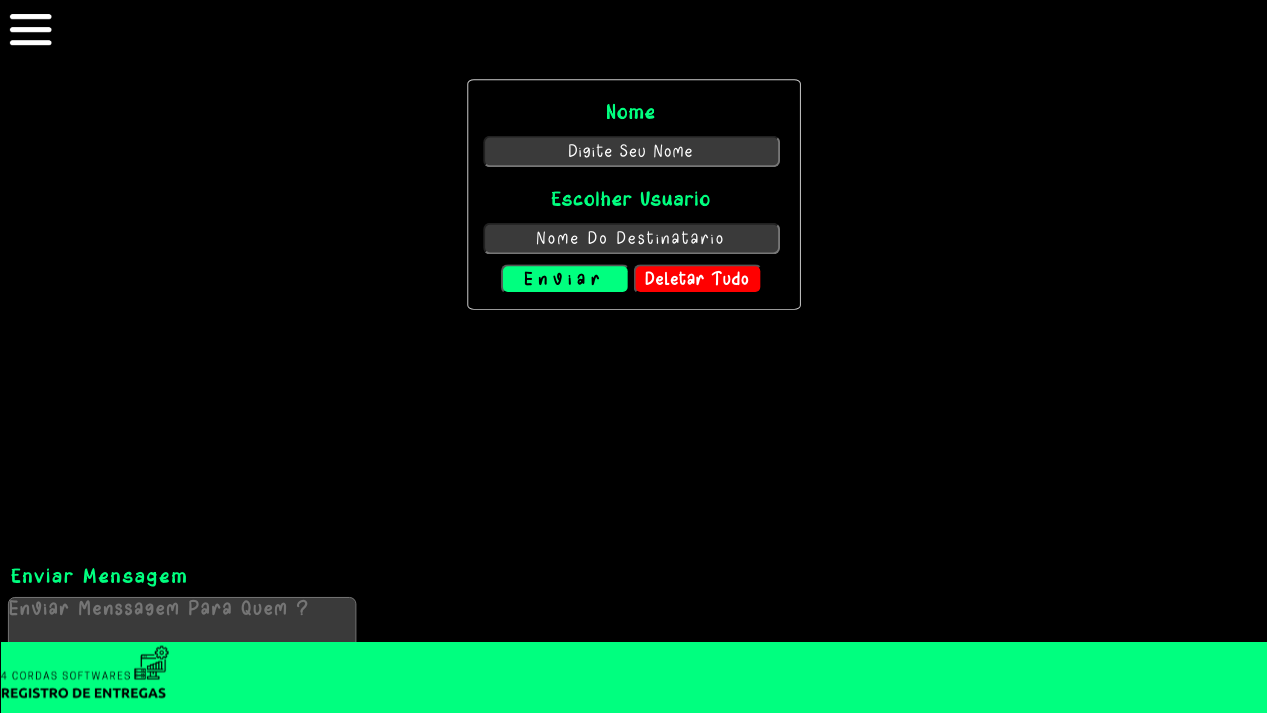
Repository: alfredo-allan/relatorioentregas
Page: pages/chatapp.html
The author's editor kept a copy of each file at every save. The page is drawn from the files as they stood at one save, then again after the next save.
The browser window is 1280 px wide. The pictures show the whole page, at 99% of full size.
The page's requests for data from a server got no answer.

Above is the page before, as saved 2024-05-16 22:15:43.
Console error: TypeError: Cannot read properties of null (reading 'addEventListener')

### pages/chatapp.html
<!DOCTYPE html>
<html lang="pt-BR">
  <head>
    <meta charset="UTF-8" />
    <meta name="viewport" content="width=device-width, initial-scale=1.0" />
    <link rel="stylesheet" href="../style/mediaqueries.css" />
    <link rel="stylesheet" href="../style/styles.css" />
    <style>
      @media screen and (min-width: 800px) and (max-width: 2050px) {
        footer img {
          width: 170px;
          height: 60px;
        }
        /* Outros estilos específicos para resoluções entre 1900px e 3090px */
      }
      * {
        padding: 0;
      }

      footer {
        position: fixed;
        bottom: 0;
        width: 100%;
        background-color: #00ff7f;
        margin: 0;
        padding: 0;
        margin-left: -7px;
      }
      @media screen and (min-width: 300px) and (max-width: 600px) {
        footer {
          height: 6vh;
        }
      }

      @media screen and (min-width: 800px) and (max-width: 2050px) {
        #menu-options img {
          width: 206px;
          position: relative;
          margin: 13px;
          margin-top: -44px;
          border-bottom: 1px solid black; /* Adiciona uma linha preta na parte inferior da imagem */
        }
        #menu-options {
          width: 25%;
          height: 54vh;
        }
        footer {
          position: fixed;
          bottom: 0;
          width: 100%;
          background-color: #00ff7f;
          margin: 0;
          padding: 0;
          margin-left: -7px;
        }
      }
    </style>
    <link rel="icon" type="image/x-icon" href="../favicon.ico" />
    <title>ChatApp</title>
  </head>
  <body>
    <header id="ChatApp">
      <img id="menu-icon" src="../img/barra-de-menu.png" alt="" />
      <div id="menu-options">
        <ul>
          <span
            id="close-icon"
            style="
              color: black;
              position: absolute;
              line-height: 0;
              font-size: 30px;
              margin-top: -20px;
              cursor: pointer;
            "
            >X</span
          >
          <img src="../img/4 cordassof.png" alt="" />
          <br />
          <a href="../index.html"><li>Home</li></a>
          <a href="../cdsentregas.html"><li>Registrar Entrega</li></a>
          <a href="../pages/apagar.html"><li>Apagar Entrega</li></a>
          <a href="../pages/consultar.html"><li>Consultar Entregas</li></a>
          <a href="../pages/registrar.html"><li>Registar-Se</li></a>
          <a href="../pages/sobre.html"><li>Sobre a 4cordas</li></a>
          <a href="../pages/instrucao.html"><li>Ajuda</li></a>
        </ul>
      </div>
      <!-- <h1 id="textchat">Chat Entregas</h1> -->
      <!-- <img id="imgchat" src="../img/bater-papo.png" alt="" /> -->
    </header>
    <div id="myModal" class="modal">
      <div class="modal-content">
        <span class="close">&times;</span>
        <p>Mensagem Enviada Com Sucesso!</p>
      </div>
    </div>
    <div id="form">
      <div id="consulta" class="column">
        <span>Nome</span>
        <input id="nomeusuario" type="text" placeholder="Digite Seu Nome" />
        <span>Escolher Usuário</span>
        <input placeholder="Nome Do Destinátario" id="lstUsu" type="text" />
        <div id="btns">
          <button id="enviarmsg">Enviar</button>
          <button id="delMsg">Deletar Tudo</button>
        </div>
      </div>
    </div>
    <div id="msgEnviar">
      <span>Enviar Mensagem</span> <br />
      <textarea
        placeholder="Enviar Menssagem Para Quem ?"
        id="enviarMsg"
        type="text"
      ></textarea>

      <!-- <img id="imgEnviarmsg" src="../img/enviar-mensagem.png" alt="" /> -->
    </div>
    <footer>
      <img src="../img/4 cordassof.png" alt="" />
    </footer>
    <script>
      const inputNomeUsuario = document.getElementById("nomeusuario");

      inputNomeUsuario.addEventListener("input", () => {
        const nomeUsuario = inputNomeUsuario.value;

        fetch(`http://192.168.10.20:8033/usuarios/${nomeUsuario}`)
          .then((response) => {
            if (response.ok) {
              return response.json();
            } else {
              throw new Error("Usuário não encontrado");
            }
          })
          .then((data) => {
            console.log("Usuário encontrado:", data);
          })
          .catch((error) => {
            console.error("Erro:", error);
          });
      });
    </script>

    // Adicione este script abaixo do botão 'Selecionar' no seu HTML

    <script>
      const buttonSelecionar = document.getElementById("ctsUsu");

      buttonSelecionar.addEventListener("click", () => {
        const nomeUsuario = document.getElementById("lstUsu").value;

        fetch(`http://192.168.10.20:8033/usuarios/${nomeUsuario}`)
          .then((response) => {
            if (response.ok) {
              return response.json();
            } else {
              throw new Error("Usuário não encontrado");
            }
          })
          .then((data) => {
            console.log("Destinatário encontrado:", data);
          })
          .catch((error) => {
            console.error("Erro:", error);
          });
      });
    </script>

    // Adicione este script abaixo do botão 'Enviar' no seu HTML

    <script>
      const buttonEnviar = document.getElementById("enviarmsg");

      buttonEnviar.addEventListener("click", () => {
        const sender = document.getElementById("nomeusuario").value;
        const recipient = document.getElementById("lstUsu").value;
        const message = document.getElementById("enviarMsg").value;

        fetch("http://192.168.10.20:8033/enviar-mensagem", {
          method: "POST",
          headers: {
            "Content-Type": "application/json",
          },
          body: JSON.stringify({
            sender_username: sender,
            recipient_username: recipient,
            message: message,
          }),
        })
          .then((response) => {
            if (response.ok) {
              console.log("Mensagem enviada com sucesso");
            } else {
              throw new Error("Erro ao enviar mensagem");
            }
          })
          .catch((error) => {
            console.error("Erro:", error);
          });
      });
    </script>
    <script>
      let isTyping = false;

      // Função para verificar se o usuário está digitando
      function checkTyping() {
        const inputField = document.getElementById("enviarMsg");
        inputField.addEventListener("input", () => {
          isTyping = inputField.value.length > 0;
        });
      }

      function monitorNewMessages() {
        const nomeUsuario = document.getElementById("nomeusuario").value;

        // Lógica para buscar novas mensagens do servidor e inserir no campo msgEnviar
        fetch(`http://192.168.10.20:8033/mensagens/${nomeUsuario}`)
          .then((response) => {
            if (response.ok) {
              return response.json();
            } else {
              throw new Error("Erro ao buscar novas mensagens");
            }
          })
          .then((data) => {
            const messages = data; // Não precisamos acessar data.messages, pois a resposta do servidor já é uma lista de mensagens
            const msgEnviar = document.getElementById("msgEnviar");
            msgEnviar.innerHTML = ""; // Limpar mensagens antigas antes de adicionar as novas

            messages.forEach((message) => {
              const p = document.createElement("p");
              p.textContent = message.message; // A mensagem está no campo "message" do objeto de mensagem
              msgEnviar.appendChild(p);
            });
          })
          .catch((error) => {
            console.error("Erro ao buscar novas mensagens:", error);
          });
      }

      document.addEventListener("DOMContentLoaded", () => {
        monitorNewMessages();
      });

      // Adicionar esta função para limpar o campo de entrada após o envio de mensagem
      function limparCampoDeMensagem() {
        document.getElementById("enviarMsg").value = "";
      }
    </script>
    <script src="../script.js"></script>
  </body>
</html>

### style/mediaqueries.css
@media screen and (min-width: 300px) and (max-width: 600px) {
  footer {
    bottom: 0;
    img {
      display: none;
    }
    /* Outros estilos específicos para resoluções entre 1900px e 3090px */
  }

  @media screen and (min-width: 800px) and (max-width: 2050px) {
    footer img {
      width: 170px;
      height: 60px;
    }
  }
}

  @media screen and (min-width: 800px) and (max-width: 2050px) {
    #close-icon {
      margin-left: 250px;
    }
  }


@media screen and (min-width: 300px) and (max-width: 600px) {
  footer {
    height: 6vh;
    margin: 0;
    padding: 0;
    margin-top: 174px;
    position: absolute;
    width: 100%;
    margin-left: -7px;
  }
  #menu-options img {
    margin-top: -40px;
    border-bottom: 1px solid black; /* Adiciona uma linha preta na parte inferior da imagem */
    width: 210px;
  }
  #close-icon {
    margin-left: 224px;
  }
}

### style/styles.css
:root {
  --las-americas: "Las-americas", sans-serif;
  --gribble-font: "Gribble";
  --helootwuins-font: "HelooTwuins";
  --verde--color: #00ff7f;
}

body {
  background-color: black;
}

@font-face {
  font-family: "Las-americas";
  src: url("../fonts/las_americas/LasAmericas_PERSONAL_USE_ONLY.otf")
    format("truetype");
  /* Adicione mais formatos (e.g. woff, woff2) conforme necessário */
}

@font-face {
  font-family: "Gribble";
  src: url("../fonts/gribble/Gribble.ttf") format("truetype");
  /* Adicione mais formatos (e.g. woff, woff2) conforme necessário */
}

@font-face {
  font-family: "HelooTwuins";
  src: url("../fonts/hello_twins/HelloTwinsDEMO.otf") format("truetype");
  /* Adicione mais formatos (e.g. woff, woff2) conforme necessário */
}

header {
  img {
    width: 42px;
    margin-right: 14px;
    text-wrap: nowrap;
  }
}

footer {
  width: 100%;
  height: 10vh;
  background-color: #00ff7f;
  margin: 0;
  padding: 0;
}

img #menu-icon {
  margin-right: 20px;
  margin-left: -1%;
}

#text-top {
  text-align: center;
  font-family: var(--las-americas);
  color: white;
  letter-spacing: 1.2px;
  margin-top: 30px;
  font-size: 40px;
}

#delivery {
  color: red;
  font-family: var(--gribble-font);
  letter-spacing: 3px;
  font-size: 25px;
  font-weight: 900;
  color: var(--verde--color);
}

.column {
  display: flex;
  flex-direction: column;
  align-items: center;
  padding: 10px 20px 15px 15px;
  border: 1px solid #ccc;
  border-radius: 2%;
  width: 300px;
  margin: 0 auto;
  margin-top: -100px;
}

#form {
  border-radius: 2%;
  margin-top: 110px;
  margin-bottom: 250px;
  span {
    color: #00ff7f;
    font-family: var(--gribble-font);
    font-size: 20px;
    letter-spacing: 2px;
    font-weight: 600;
  }
}

input {
  text-align: center;
  margin-bottom: 5px;
  padding: 5px;
  width: 100%;
  box-sizing: border-box;
  font-weight: 600;
  margin-bottom: 10px;
  background-color: rgba(255, 255, 255, 0.226);
  color: white;
  font-family: var(--helootwuins-font);
  letter-spacing: 2px;
  font-size: 18px;
  border-radius: 7px;
}

input::placeholder {
  text-align: center;
  color: white;
  font-family: var(--helootwuins-font);
  font-weight: 400;
  font-size: 18px;
}

button {
  width: 130px;
  height: 30px;
  border-radius: 2%;
  background-color: var(--verde--color);
  font-family: var(--helootwuins-font);
  font-size: 18px;
  letter-spacing: 7px;
  font-weight: 900;
  border-radius: 7px;
}

#confirmButton {
  margin-left: 8px;
  margin-right: 20px;
}

#menu-icon {
  cursor: pointer;
  margin: 15px;
  margin-left: 2px;
  margin-top: 1px;
}

#menu-options {
  text-wrap: nowrap;
  display: none;
  position: absolute;
  top: 0;
  left: 0;
  margin-top: 0px;
  width: 70%;
  height: 70vh;
  background-color: #00ff7f;
  color: white;
  font-family: var(--gribble-font);
  font-weight: 900;
  border-bottom-right-radius: 10%;
  color: black;
  letter-spacing: 2px;
  z-index: 999;
  li {
    margin-top: 3px;
  }
}

a {
  text-decoration: none; /* Remove o sublinhado */
  color: black;
}

#menu-options ul {
  list-style: none;
  padding: 0;
  margin-left: 10px;
  font-size: 20px;
  margin-top: 40px;
}

#menu-options ul li {
  padding: 10px;
  /* margin: 10px; */
  text-wrap: nowrap;
  /* border-bottom: 1px solid white; */
}

#modal {
  background: black;
  text-align: center;
}

.modal {
  display: none; /* Escondido por padrão */
  position: fixed;
  z-index: 1;
  left: 0;
  top: 0;
  width: 100%;
  height: 100%;
  overflow: auto;
  background-color: rgba(0, 0, 0, 0.4);
}

.modal-content {
  background-color: #fefefe;
  margin: 15% auto;
  padding: 20px;
  border: 2px solid #888;
  width: 80%;
  border-radius: 10px;
  background-color: black;
  p {
    margin-top: 30px;
    text-align: left;
    text-wrap: nowrap;
    font-family: var(--gribble-font);
    letter-spacing: 3px;
    font-weight: 600;
    font-size: 20px;
    color: var(--verde--color);
  }
}

.close {
  color: #aaa;
  float: right;
  font-size: 28px;
  font-weight: bold;
}

.close:hover,
.close:focus {
  color: black;
  text-decoration: none;
  cursor: pointer;
}

#data-list {
  margin: 0 auto;
  left: 50%;
  transform: translateX(-50%);
  margin: 0 auto;
  left: 50%;
  top: 60%;
  transform: translate(-50%, -50%);
  /* border: 1px solid var(--cor-azul); */
  color: var(--verde--color);
  border-radius: 5px;
  height: 340px;
  overflow-y: auto;
  position: absolute;
  z-index: -1;
  margin-top: 110px;
  margin-left: 0px;
  width: 336px;
  list-style: none;
  .name {
    font-family: var(--helootwuins-font);
    font-weight: 900;
    font-size: 20px;
    letter-spacing: 1px;
  }
  .item {
    font-family: var(--helootwuins-font);
    font-weight: 500;
    font-size: 20px;
    color: white;
    letter-spacing: 1px;
  }
}

#data-list {
  width: 340px;
  height: 180px;
  overflow: auto;
  /* border: 1px solid black; */
  /* scrollbar-color: var(--verde--color) var(--verde--color); */
}

#data-list img {
  width: 25px;
  margin-left: 15px;
  margin-right: 0px;
}

#data-list::-webkit-scrollbar {
  width: 10px; /* Largura da barra de rolagem */
}

#data-list::-webkit-scrollbar-thumb {
  background-color: white; /* Cor da barra de rolagem */
  border-radius: 5px; /* Raio de borda da barra de rolagem */
}

#texto-descritivo {
  text-align: justify;
  margin-top: 200px;
  position: fixed;
  font-family: var(--luthier-font);
  letter-spacing: 3px;
  line-height: 2;
  margin-right: 8px;
  font-weight: 900;
  color: var(--verde--color);
}

.name {
  font-family: var(--gribble-font);
  font-weight: 900;
  font-size: 17px;
}
.item {
  font-family: var(--helootwuins-font);
  font-weight: 500;
  font-size: 15;
  color: white;
}

#textchat {
  font-family: var(--las-americas);
  color: white;
  letter-spacing: 10px;
  margin-left: 10px;
  font-size: 40px;
  margin-top: 6px;
}

#imgchat {
  width: 60px;
  position: absolute;
  margin-left: 295px;
  margin-top: -60px;
}

#message {
  input {
    width: 220px;
  }
}

#login {
  width: 226px;
  margin-top: 50px;
  input {
    font-family: var(--gribble-font);
    letter-spacing: 3px;
  }
}

span {
  color: var(--verde--color);
  font-family: var(--gribble-font);
  font-size: 20px;
  padding: 3px;
  line-height: 2;
  letter-spacing: 3px;
  font-weight: 900;
}

#msgInput {
  width: 220px;
  height: 80px;
  background-color: rgba(255, 255, 255, 0.226);
  border-radius: 7px;
  font-family: var(--helootwuins-font);
  font-size: 17px;
  letter-spacing: 3px;
  color: var(--verde--color);
  font-weight: 600;
}

#enviarMsg {
  width: 350px;
  height: 80px;
  background-color: rgba(255, 255, 255, 0.226);
  border-radius: 7px;
  font-family: var(--helootwuins-font);
  font-size: 17px;
  letter-spacing: 3px;
  color: white;
  font-weight: 600;
}

#msgEnviar {
  margin-top: 60px;
}

#enviarMsg {
  letter-spacing: 3px;
  outline: none;
  font-size: 20px;
}

/* #enviarmsg {
  margin-top: 93px;
  position: absolute;
  margin-left: -330px;
} */

#delMsg {
  letter-spacing: 2px;
  background-color: red;
  color: white;
}

#imgEnviarmsg {
  width: 35px;
  margin-left: 11px;
  position: absolute;
}

#textRegister {
  font-family: var(--las-americas);
  color: white;
  letter-spacing: 3px;
  margin-top: 10px;
  text-align: center;
  letter-spacing: 3px;
}

/* #lstUsu {
  width: 226px;
  position: absolute;
  margin-top: -38px;
} */

input#lstUsu {
  font-family: var(--gribble-font);
  letter-spacing: 3px;
}

#ctsUsu {
  position: absolute;
  margin-left: 0px;
  margin-top: 0px;
  line-height: 1px;
}

#utlizador {
  position: fixed;
  width: 35px;
  margin-left: 13px;
}

#msgEntrada {
  width: 35px;
  position: absolute;
  margin-left: 13px;
}

#multiUsu {
  position: absolute;
  width: 35px;
  margin-left: 238px;
  margin-top: -34px;
  margin-top: -21px;
}

#close-icon {
  color: black;
  position: absolute;
  line-height: 0; font-size: 30px;
  margin-top: -20px; cursor: pointer;
}

### script.js
const menuIcon = document.getElementById("menu-icon");
const menuOptions = document.getElementById("menu-options");
const closeIcon = document.getElementById("close-icon");

menuIcon.addEventListener("click", function () {
  if (menuOptions.style.display === "none") {
    menuOptions.style.display = "block";
  } else {
    menuOptions.style.display = "none";
  }
});

closeIcon.addEventListener("click", function () {
  menuOptions.style.display = "none";
});

//input data pagina index e registro
document.getElementById("data-entrega").value = new Date()
  .toISOString()
  .slice(0, 10);
var currentDate = new Date().toISOString().slice(0, 10);
var formattedDate = currentDate.split("-").reverse().join("/");
document.getElementById("data-entrega").value = formattedDate;
document.getElementById("data-entrega").addEventListener("input", formatarData);

After the next save:
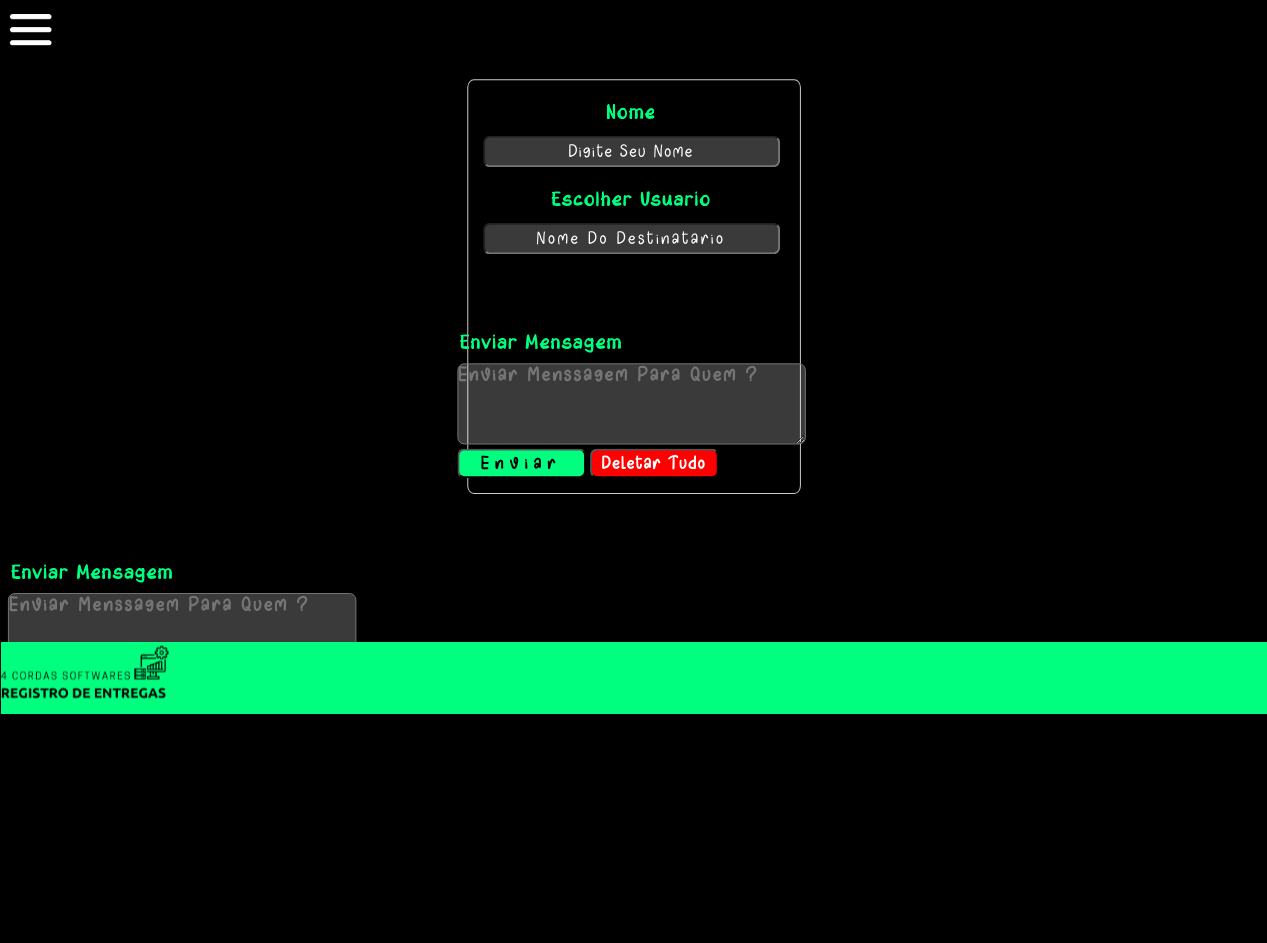
Saved 16 s later.
--- a/pages/chatapp.html
+++ b/pages/chatapp.html
@@ -101,6 +101,13 @@
         <input id="nomeusuario" type="text" placeholder="Digite Seu Nome" />
         <span>Escolher Usuário</span>
         <input placeholder="Nome Do Destinátario" id="lstUsu" type="text" />
+        <div id="msgEnviar">
+      <span>Enviar Mensagem</span> <br />
+      <textarea
+        placeholder="Enviar Menssagem Para Quem ?"
+        id="enviarMsg"
+        type="text"
+      ></textarea>
         <div id="btns">
           <button id="enviarmsg">Enviar</button>
           <button id="delMsg">Deletar Tudo</button>
